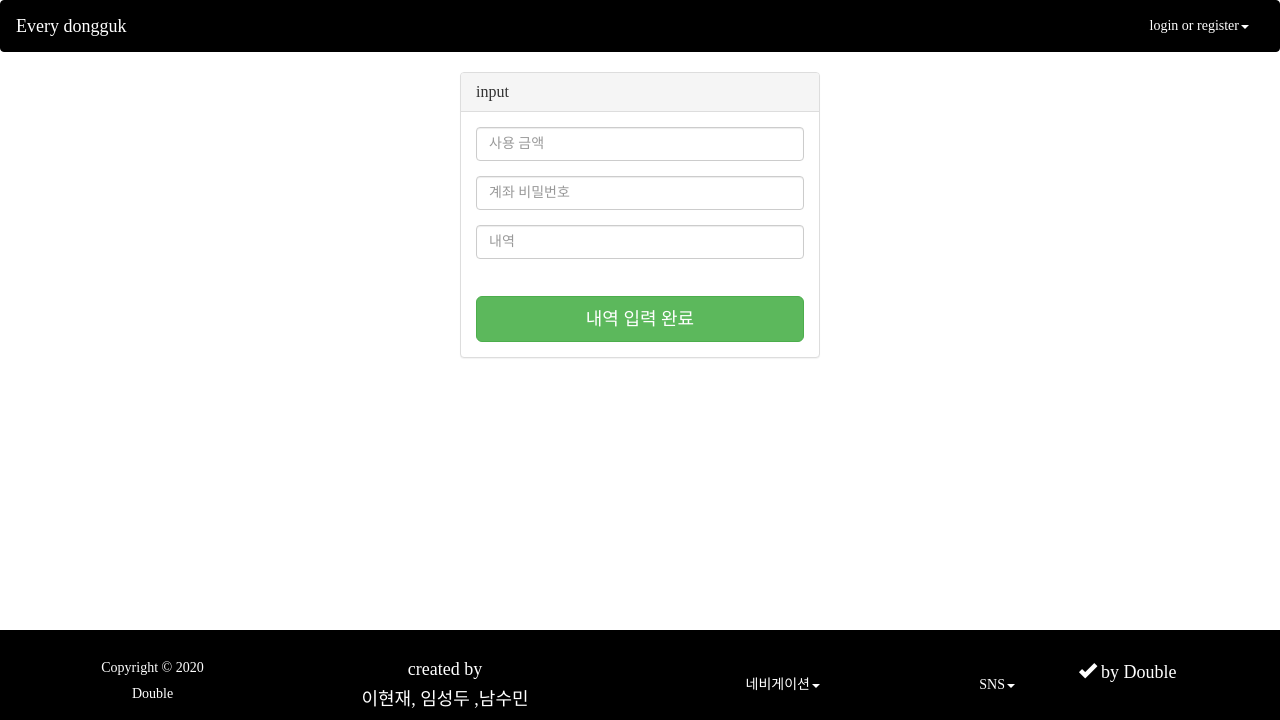
Repository: CSID-DGU/2020-1-ESCD-DOUBLE
Page: http://localhost/web/WEB-INF/views/bank/purchase.jsp
The author's editor kept a copy of each file at every save. The page is drawn from the files as they stood at one save, then again after the next save.
The browser window is 1280 px wide. The pictures show the whole page.
Some web fonts or font styles are not loaded; a fallback is used. Some web libraries are served in a nearby version. The page is served by Tomcat 9. Nobody is signed in. The template is opened directly, without the code that normally fills it, so the values that code supplies are empty.

Above is the page before, as saved 2020-05-10 14:25:31.

After the next save:
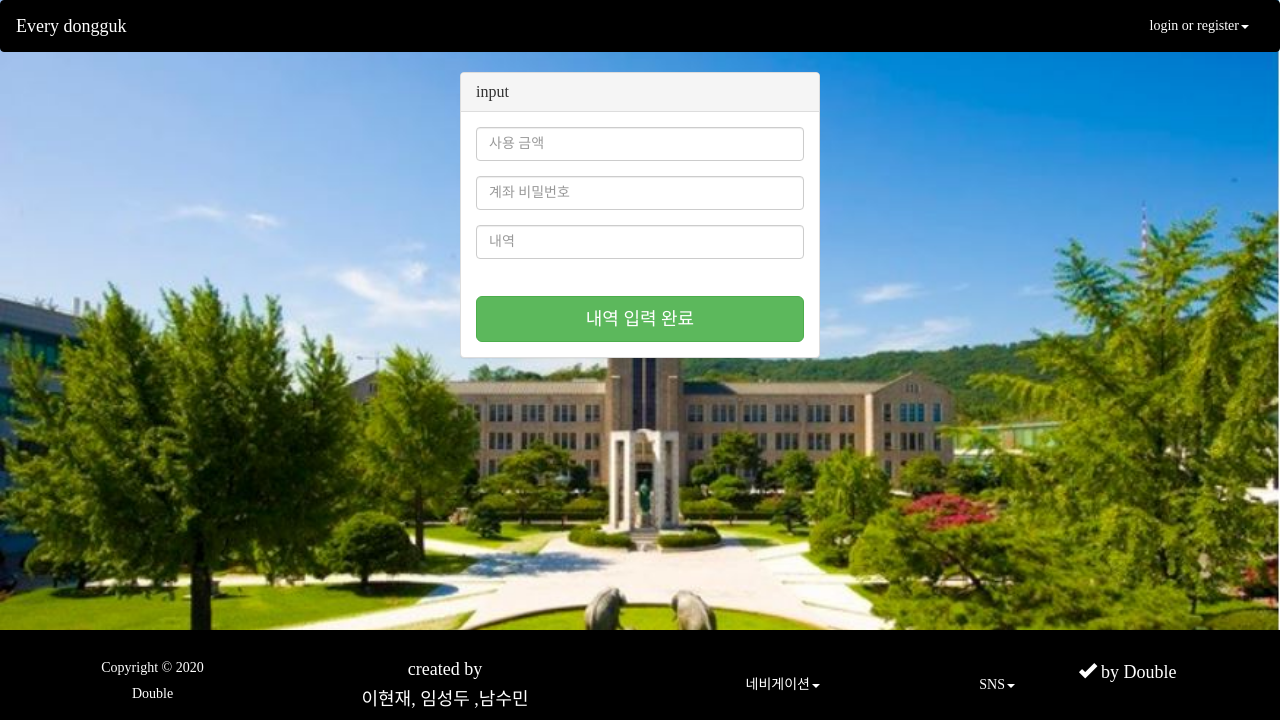
Saved 26 s later.
--- a/web/src/main/webapp/resources/css/template.css
+++ b/web/src/main/webapp/resources/css/template.css
@@ -9,3 +9,8 @@ width: 100%;
 text-align: center;
 color: white;
 }
+body {
+		background-image : url('resources/images/dgu.JPG');
+		background-repeat : no-repeat;
+		background-size : cover;
+}
